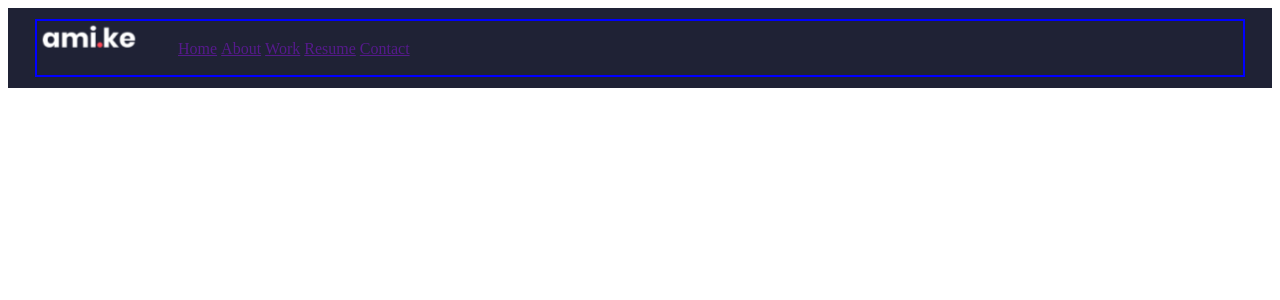
Repository: imokha01/HTML
Page: index.html
An editor plug-in stored every save of this project. The page is shown before and after a run of saves, followed by the edit.
The browser window is 1280 px wide. The pictures show the whole page.

Above is the page before, as saved 2023-11-18 13:12:13.

### index.html
<!DOCTYPE html>
<html lang="en">
<head>
    <meta charset="UTF-8">
    <meta name="viewport" content="width=device-width, initial-scale=1.0">
    <title>My Web Page</title>
    <link rel="stylesheet" href="./index.css">
</head>
<body>
    <!-- NAVIGATION BAR -->
    <header class="banner">
        <div class="nav_bar">
            <a href="#home"><img src="./assets/logo.png" alt="logo" id="logo"></a>
            <nav class="links">
                <ul>
                    <li> <a href="" id="home">Home</a></li>
                    <li> <a href="">About</a></li>
                    <li> <a href="">Work</a></li>
                    <li><a href="">Resume</a></li>
                    <li><a href="">Contact</a></li>
                </ul>





            </nav>
        </div>
    </header>

      <!-- HOME PAGE-->
      <!-- <div class="home_page">
        <div>
            <div>
                <p>Hello, I'am</p>
                <h1>Ahmed Wahab</h1>
                <span>I am a web developer</span>
                <a href="contact"><button>Get in Touch</button></a>
            </div>
            <div>
                <div>
                    <h2>100</h2>
                    <h4 id="client">HAPPY CLIENTS</h4>
                    <p id="client_response">Lorem ipsum dolor sit amet consectetur, adipisicing elit. Eius sit cupiditate voluptatum veritatis
                        libero id! Quasi a recusandae odio.
                    </p>
                </div>
                <div>
                    <h2>12</h2>
                    <h4 id="awards">AWARDS</h4>
                    <p id="award_discription">Lorem ipsum dolor sit amet, consectetur adipiscing elit, sed do eiusmod tempor incididunt
                        ut labore et dolore magna aliqua.</p>
                </div>
            </div>
        </div>
        <div class="my_image">
            <img src="./assets/image.png" alt="My image">
        </div>
    </div> -->

</body>
</html>

### index.css
head {
    width: 100%;
    height: 100%;
}
.banner {
    background-color: #1f2235;
    display: flex;
    width: 100%;
    height: 80px;
    /* margin: -10px; */
}

.banner > .nav_bar {
    display: flex;
    margin: auto ;
    padding: 3px;
    height: 60%;
    width: 1200px;
   border: 2px solid blue;

}
#logo {
    display: flex;
    justify-content: flex-start;
    align-items: center;
}

li {
    list-style-type: none;
    display: inline-flex;
    gap: 20px;
    color: white;
    /* justify-content: flex-end;
    align-items: center; */
}




}

After the next 3 saves:
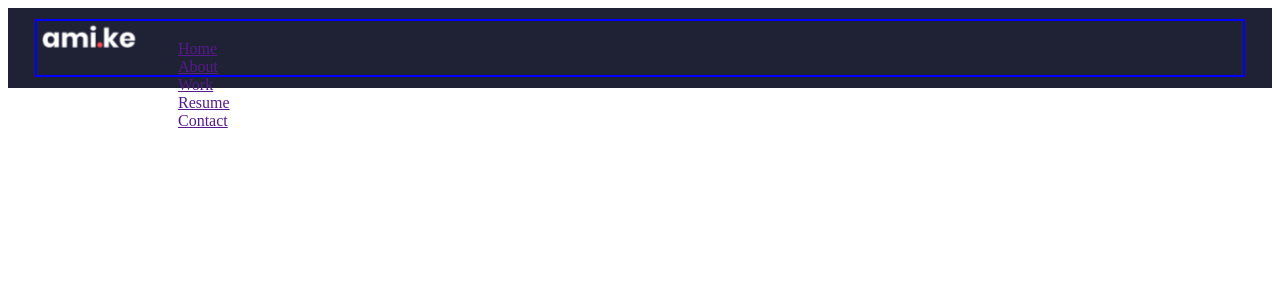
The 3 saves are shown as one change because they came seconds apart.
The last was saved 25 s later.
--- a/index.css
+++ b/index.css
@@ -27,9 +27,8 @@ head {
 
 li {
     list-style-type: none;
-    display: inline-flex;
-    gap: 20px;
     color: white;
+
     /* justify-content: flex-end;
     align-items: center; */
 }
